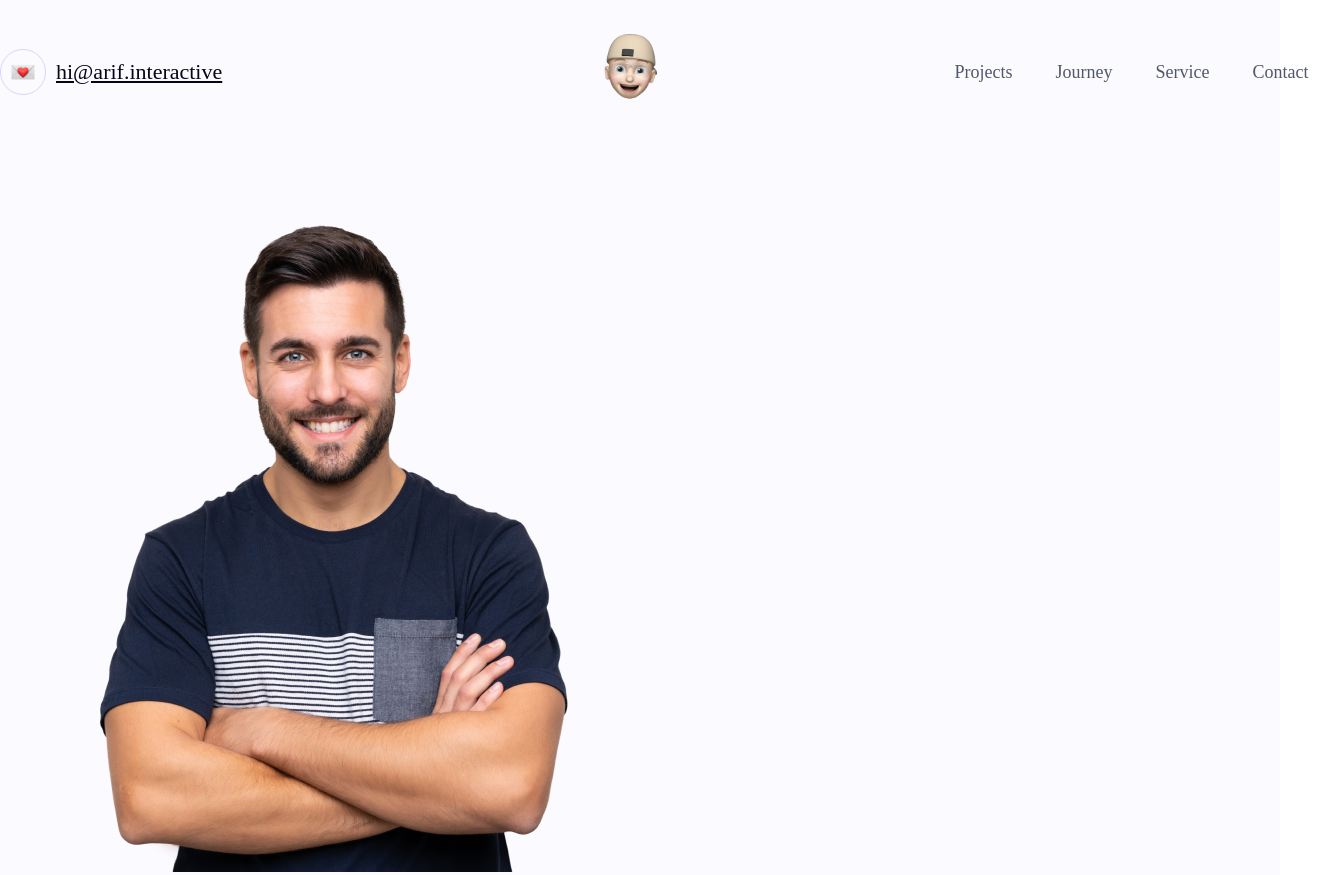
Repository: trantangtuan/project-06-grid-system12column-demo
Page: index.html
The author's editor kept a copy of each file at every save. The page is drawn from the files as they stood at one save, then again after the next save.
The browser window is 1280 px wide. The page is 1330 px wide, so the pictures cover 1330 px, including what lies to the right of the window. The pictures show the whole page.

Above is the page before, as saved 2024-07-12 20:57:59.

After the next save:
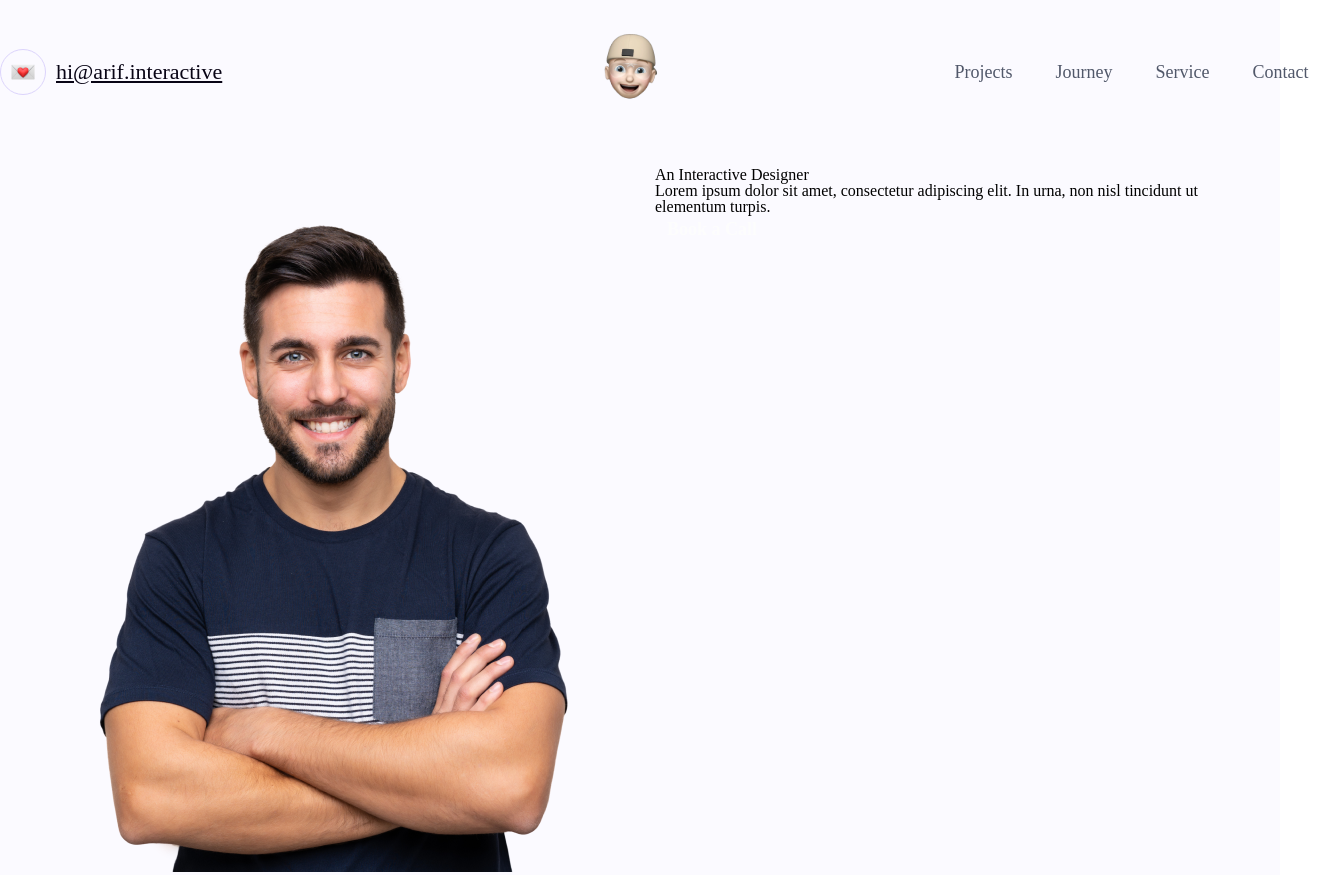
Saved 11 s later.
--- a/index.html
+++ b/index.html
@@ -65,7 +65,18 @@
                 class="hero__img"
               />
             </div>
-            <div class="col-lg-6"></div>
+            <div class="col-lg-6">
+              <div class="hero__right">
+                <h1 class="hero__title">An Interactive Designer</h1>
+                <p class="hero__desc">
+                  Lorem ipsum dolor sit amet, consectetur adipiscing elit. In
+                  urna, non nisl tincidunt ut elementum turpis.
+                </p>
+                <div class="hero__cta">
+                  <a href="#!" class="btn">Book a Call</a>
+                </div>
+              </div>
+            </div>
           </div>
         </div>
       </div>
